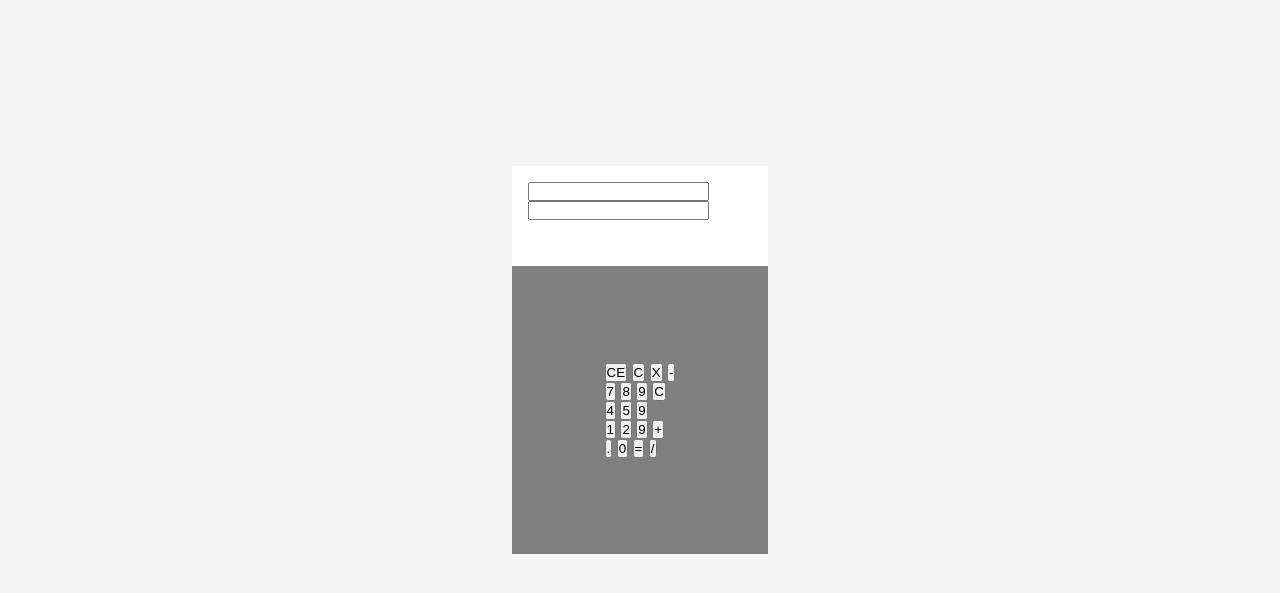
Repository: DNature/calc
Page: index.html
These files come from the project's save history. The page is drawn as it stood at one moment and after the next save; the edit follows.
The browser window is 1280 px wide. The pictures show the whole page.

Above is the page before, as saved 2019-11-20 23:25:53.

After the next save:
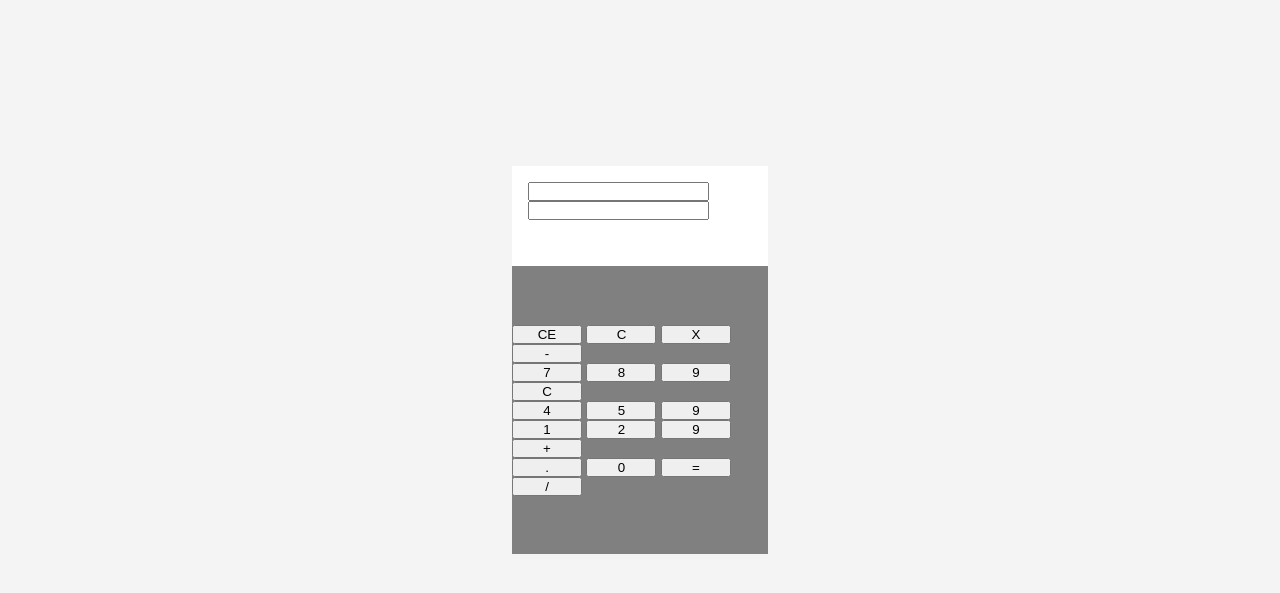
Saved 34 s later.
--- a/css/style.css
+++ b/css/style.css
@@ -34,3 +34,7 @@
   place-content: center;
   height: 40vh;
 }
+
+.button {
+  width: 70px;
+}
